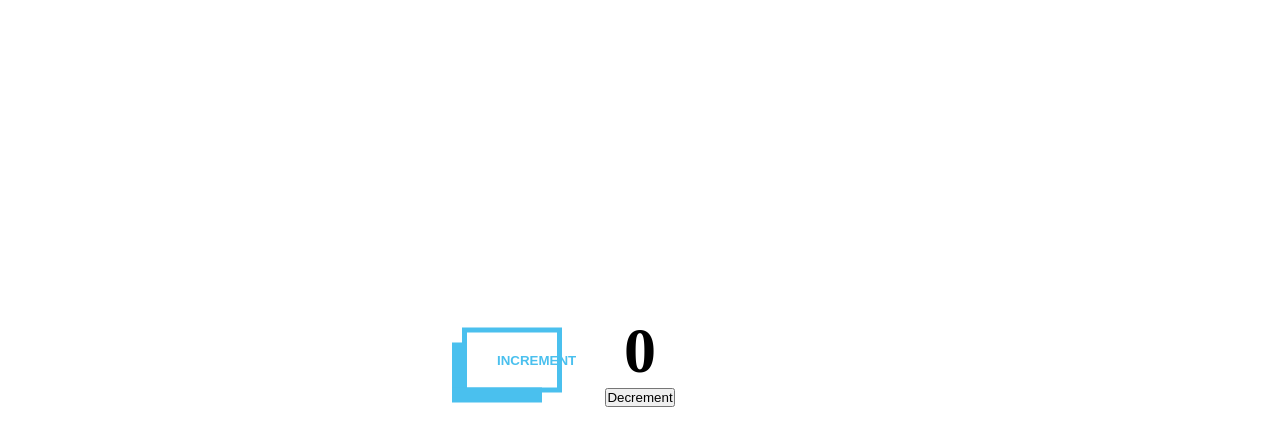
Repository: Ellisvelandia/react_introduction_test
Page: /
An editor plug-in stored every save of this project. The page is shown before and after the next save, followed by the edit.
The browser window is 1280 px wide. The pictures show the whole page.
The project was rebuilt for these pictures with package versions that can differ from the ones it lists, and the page was loaded fresh each time. Also part of the build but not shown: src/index.css.

Above is the page before, as saved 2022-08-15 20:04:15.

After the next save:
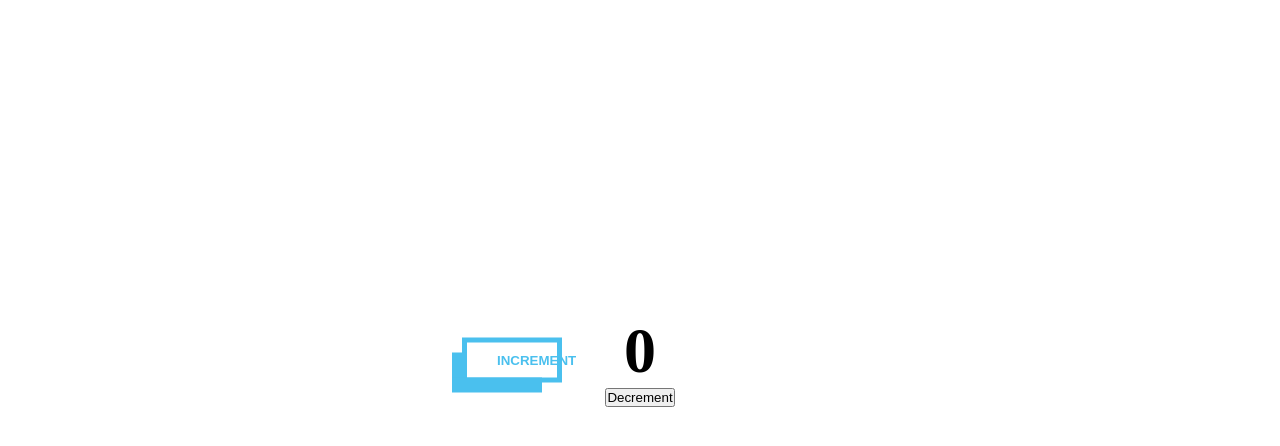
Saved 20 s later.
--- a/src/App.scss
+++ b/src/App.scss
@@ -43,7 +43,7 @@
 
   background: #fff;
   width: 100px;
-  padding: 20px 30px;
+  padding: 10px 30px;
 
   border: 5px solid #4ac0ee;
   color: #4ac0ee;

After the save that followed:
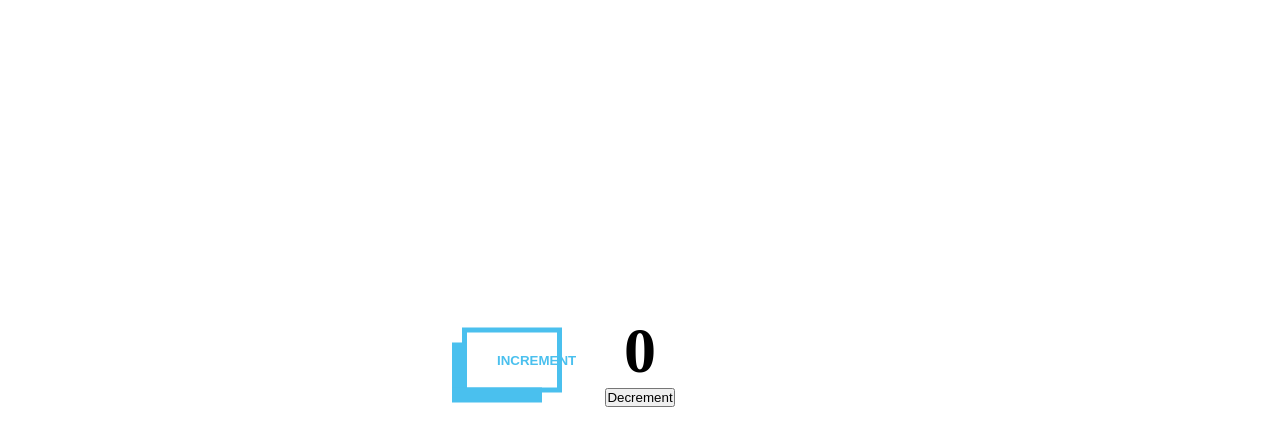
Saved 4 s later.
--- a/src/App.scss
+++ b/src/App.scss
@@ -43,7 +43,7 @@
 
   background: #fff;
   width: 100px;
-  padding: 10px 30px;
+  padding: 20px 30px;
 
   border: 5px solid #4ac0ee;
   color: #4ac0ee;
